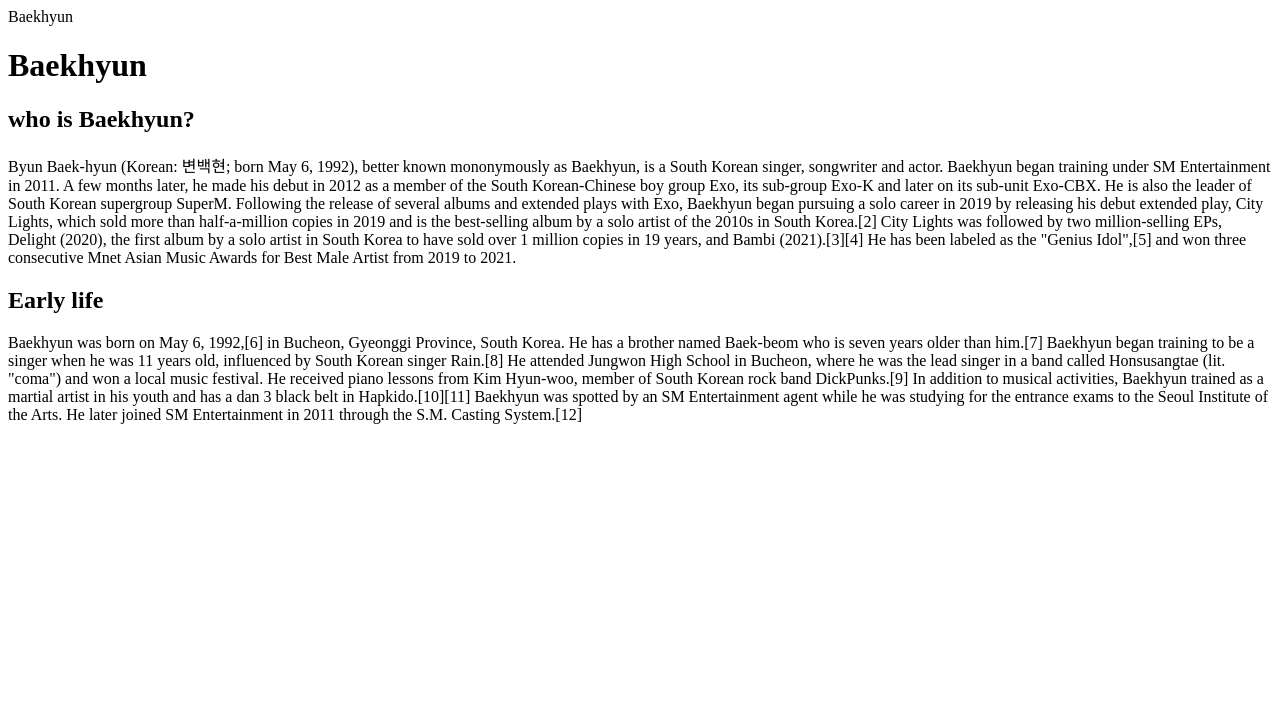
Repository: ivyexo/homework1
Page: baekhyun.html
These files come from the project's save history. The page is drawn as it stood at one moment and after the next save; the edit follows.
The browser window is 1280 px wide. The pictures show the whole page.

Above is the page before, as saved 2023-02-04 20:27:37.

### baekhyun.html
<!DOCTYPE html>
<html lang="en">
  <head>
    <meta charset="UTF-8" />
    <meta http-equiv="X-UA-Compatible" content="IE=edge" />
    <meta name="viewport" content="width=device-width, initial-scale=1.0" />
    <title>Document</title>
  </head>
  <body>
    Baekhyun
    <h1>Baekhyun</h1>
    <h2>who is Baekhyun?</h2>
    <p>
      Byun Baek-hyun (Korean: 변백현; born May 6, 1992), better known
      mononymously as Baekhyun, is a South Korean singer, songwriter and actor.
      Baekhyun began training under SM Entertainment in 2011. A few months
      later, he made his debut in 2012 as a member of the South Korean-Chinese
      boy group Exo, its sub-group Exo-K and later on its sub-unit Exo-CBX. He
      is also the leader of South Korean supergroup SuperM. Following the
      release of several albums and extended plays with Exo, Baekhyun began
      pursuing a solo career in 2019 by releasing his debut extended play, City
      Lights, which sold more than half-a-million copies in 2019 and is the
      best-selling album by a solo artist of the 2010s in South Korea.[2] City
      Lights was followed by two million-selling EPs, Delight (2020), the first
      album by a solo artist in South Korea to have sold over 1 million copies
      in 19 years, and Bambi (2021).[3][4] He has been labeled as the "Genius
      Idol",[5] and won three consecutive Mnet Asian Music Awards for Best Male
      Artist from 2019 to 2021.
    </p>
    <h2>Early life</h2>
    <p>
      Baekhyun was born on May 6, 1992,[6] in Bucheon, Gyeonggi Province, South
      Korea. He has a brother named Baek-beom who is seven years older than
      him.[7] Baekhyun began training to be a singer when he was 11 years old,
      influenced by South Korean singer Rain.[8] He attended Jungwon High School
      in Bucheon, where he was the lead singer in a band called Honsusangtae
      (lit. "coma") and won a local music festival. He received piano lessons
      from Kim Hyun-woo, member of South Korean rock band DickPunks.[9] In
      addition to musical activities, Baekhyun trained as a martial artist in
      his youth and has a dan 3 black belt in Hapkido.[10][11] Baekhyun was
      spotted by an SM Entertainment agent while he was studying for the
      entrance exams to the Seoul Institute of the Arts. He later joined SM
      Entertainment in 2011 through the S.M. Casting System.[12]
    </p>
  </body>
</html>

After the next save:
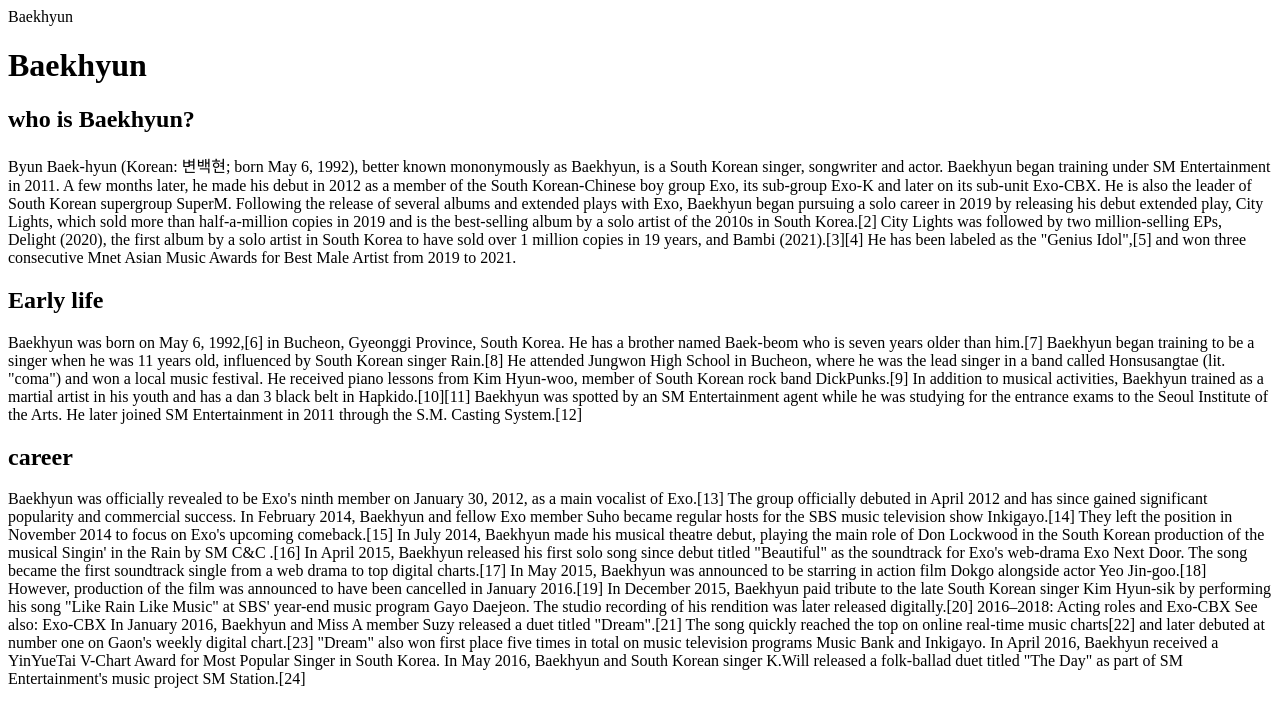
Saved 46 s later.
--- a/baekhyun.html
+++ b/baekhyun.html
@@ -42,5 +42,35 @@
       entrance exams to the Seoul Institute of the Arts. He later joined SM
       Entertainment in 2011 through the S.M. Casting System.[12]
     </p>
+    <h2>career</h2>
+    <p>
+      Baekhyun was officially revealed to be Exo's ninth member on January 30,
+      2012, as a main vocalist of Exo.[13] The group officially debuted in April
+      2012 and has since gained significant popularity and commercial success.
+      In February 2014, Baekhyun and fellow Exo member Suho became regular hosts
+      for the SBS music television show Inkigayo.[14] They left the position in
+      November 2014 to focus on Exo's upcoming comeback.[15] In July 2014,
+      Baekhyun made his musical theatre debut, playing the main role of Don
+      Lockwood in the South Korean production of the musical Singin' in the Rain
+      by SM C&C .[16] In April 2015, Baekhyun released his first solo song since
+      debut titled "Beautiful" as the soundtrack for Exo's web-drama Exo Next
+      Door. The song became the first soundtrack single from a web drama to top
+      digital charts.[17] In May 2015, Baekhyun was announced to be starring in
+      action film Dokgo alongside actor Yeo Jin-goo.[18] However, production of
+      the film was announced to have been cancelled in January 2016.[19] In
+      December 2015, Baekhyun paid tribute to the late South Korean singer Kim
+      Hyun-sik by performing his song "Like Rain Like Music" at SBS' year-end
+      music program Gayo Daejeon. The studio recording of his rendition was
+      later released digitally.[20] 2016–2018: Acting roles and Exo-CBX See
+      also: Exo-CBX In January 2016, Baekhyun and Miss A member Suzy released a
+      duet titled "Dream".[21] The song quickly reached the top on online
+      real-time music charts[22] and later debuted at number one on Gaon's
+      weekly digital chart.[23] "Dream" also won first place five times in total
+      on music television programs Music Bank and Inkigayo. In April 2016,
+      Baekhyun received a YinYueTai V-Chart Award for Most Popular Singer in
+      South Korea. In May 2016, Baekhyun and South Korean singer K.Will released
+      a folk-ballad duet titled "The Day" as part of SM Entertainment's music
+      project SM Station.[24]
+    </p>
   </body>
 </html>
